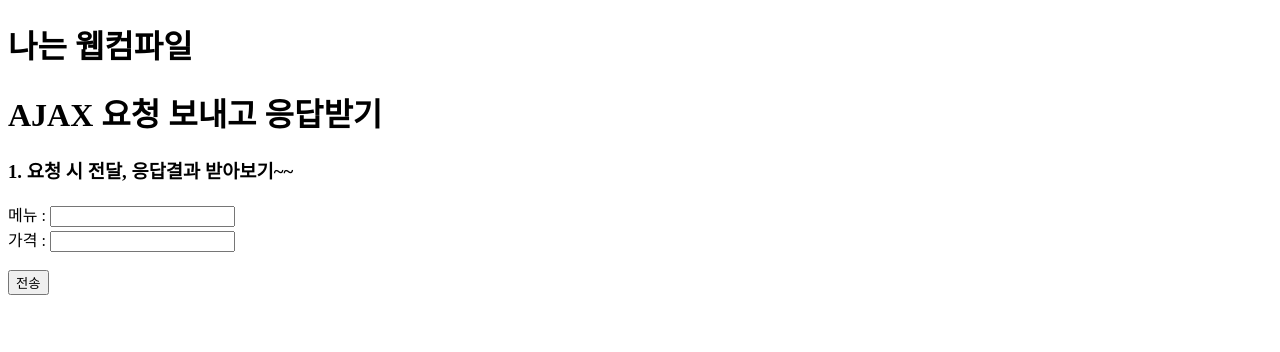
Repository: LeeSeongWook1/semi_Spring
Page: http://localhost/ajaxProject/
These files come from the project's save history. The page is drawn as it stood at one moment and after the next save; the edit follows.
The browser window is 1280 px wide. The pictures show the whole page.
The page is served by Tomcat 9. Nobody is signed in. The application's start-up code is not run. Other server files are loaded and not shown.

Above is the page before, as saved 2024-04-22 06:42:33.

### ajaxProject/src/main/webapp/index.jsp
<%@ page language="java" contentType="text/html; charset=UTF-8"
	pageEncoding="UTF-8"%>
<!DOCTYPE html>
<html>
<head>
<meta charset="UTF-8">
<title>Insert title here</title>
<script
	src="https://ajax.googleapis.com/ajax/libs/jquery/3.4.1/jquery.min.js"></script>
</head>
<body>
	<h1>나는 웹컴파일</h1>

	<h1>AJAX 요청 보내고 응답받기</h1>

	<h3>1. 요청 시 전달, 응답결과 받아보기~~</h3>

	메뉴 : <input type="text" id="menu"><br>
	가격 : <input type="number" id="price"><br><br>




	<button onclick="test1();">전송</button>

	<script>
		function test1(){

			$.ajax({
				url : 'ajax1.do', //필수점의 속성(매핑값)
				type : 'get',// 요청 시 전달방식
				data : {//요청 시 전달값 (key-value)
					menu : $('#menu').val(), //value속성값에 접근했을 경우!! == string
					price : $('#price').val()
				},
				success : function(result){ //해당 비동기 통신에 성공했을 떄 수행되는 핸들러
					console.log(result);
				},
				error : function(){

				}

			});

		}
	</script>


</body>
</html>

After the next save:
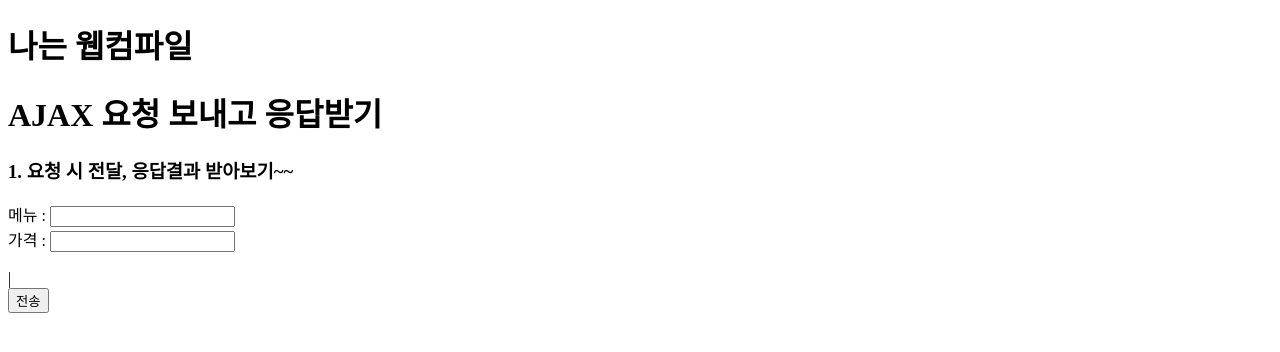
Saved 43 s later.
--- a/ajaxProject/src/main/webapp/index.jsp
+++ b/ajaxProject/src/main/webapp/index.jsp
@@ -18,7 +18,10 @@
 	메뉴 : <input type="text" id="menu"><br>
 	가격 : <input type="number" id="price"><br><br>
 
+	<div id="result1">
 
+		<label id = "menu-name"></label> | <label id="menu-id"></label>
+	</div>
 
 
 	<button onclick="test1();">전송</button>
